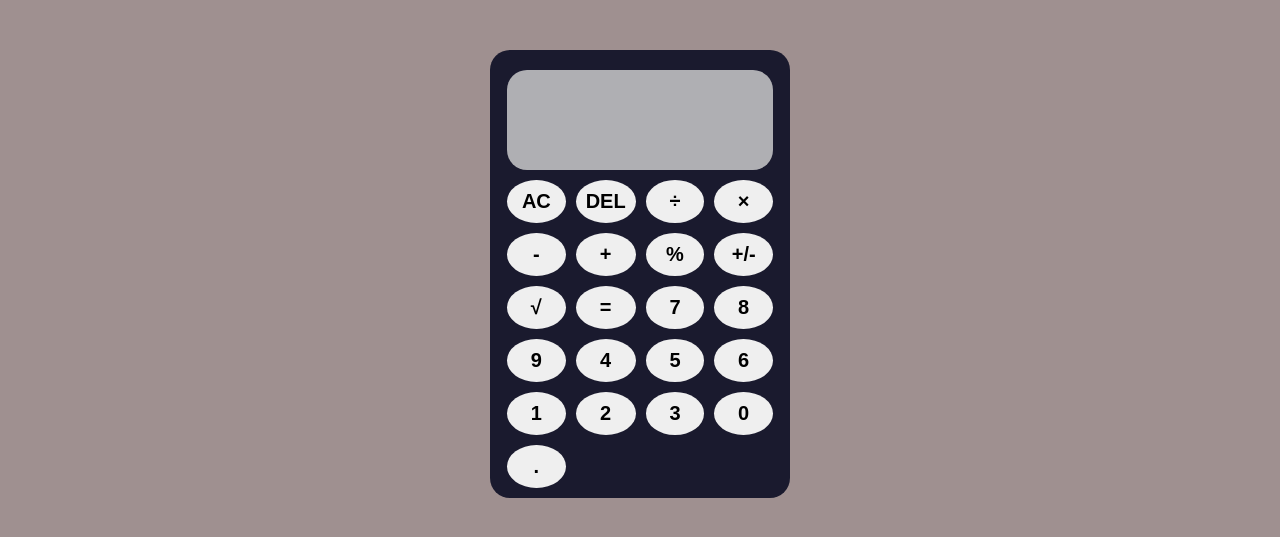
Repository: MikkyPrestige/js-calculator
Page: index.html
The author's editor kept a copy of each file at every save. The page is drawn from the files as they stood at one save, then again after the next save.
The browser window is 1280 px wide. The pictures show the whole page.

Above is the page before, as saved 2023-05-08 01:21:54.

### index.html
<!DOCTYPE html>
<html lang="en">

<head>
  <meta charset="UTF-8">
  <meta http-equiv="X-UA-Compatible" content="IE=edge">
  <meta name="viewport" content="width=device-width, initial-scale=1.0">
  <title>JavaScript Calculator</title>
  <link rel="stylesheet" href="./index.css">
  <!-- <script src="script.js" defer></script> -->
</head>

<body>
  <main>
    <section class="calculator">
      <div class="output">
        <div class="output--curr"></div>
        <div class="output--prev"></div>
      </div>
      <div class="btns">
        <button class="btn clear">AC</button>
        <button class="btn del">DEL</button>
        <button class="btn op divide">÷</button>
        <button class="btn op multiply">×</button>
        <button class="btn op minus">-</button>
        <button class="btn op plus">+</button>
        <button class="btn op mod">%</button>
        <button class="btn op ">+/-</button>
        <button class="btn op square">√</button>
        <button class="btn equalTo">=</button>
        <button class="btn num seven">7</button>
        <button class="btn num eight">8</button>
        <button class="btn num nine">9</button>
        <button class="btn num four">4</button>
        <button class="btn num five">5</button>
        <button class="btn num six">6</button>
        <button class="btn num one">1</button>
        <button class="btn num two">2</button>
        <button class="btn num three">3</button>
        <button class="btn num zero">0</button>
        <button class="btn num dot">.</button>
      </div>
    </section>
  </main>
</body>

</html>

### index.css
*,
*::before,
*::after {
  box-sizing: border-box;
  margin: 0;
  padding: 0;
}

html {
  font-size: 62.5%;
}

body {
  font-family: 'Fira Sans', sans-serif;
  font-size: 1.6rem;
  font-weight: 400;
  line-height: 1.5;
  background: #9F9090;
  min-height: 100%;
  width: 100%;
}

main {
  background: rgba(26, 26, 46, 1);
  width: 100%;
  max-width: 30rem;
  height: 100%;
  margin: 5rem auto;
  padding: 1rem;
  border-radius: 2rem;
  -webkit-border-radius: 2rem;
  -moz-border-radius: 2rem;
  -ms-border-radius: 2rem;
  -o-border-radius: 2rem;
}

.calculator {
  display: flex;
  flex-direction: column;
  justify-content: space-between;
  align-items: center;
  width: 100%;
  height: 100%;
}

.output {
  background: #AFAFB3;
  width: 95%;
  height: 10rem;
  border-radius: 2rem;
  -webkit-border-radius: 2rem;
  -moz-border-radius: 2rem;
  -ms-border-radius: 2rem;
  -o-border-radius: 2rem;
  display: flex;
  flex-direction: column;
  justify-content: space-around;
  align-items: flex-end;
  padding: 1rem;
  margin: 1rem 0;
}

.output--curr {
  font-size: 2.5rem;
  font-weight: 700;
  color: #000;
  border-bottom: 0.2rem solid rgba(0, 0, 0, 0.2);
  padding-bottom: .5rem;
}

.output--prev {
  font-size: 1.5rem;
  font-weight: 400;
  color: rgba(0, 0, 0, 0.5);
}

.btns {
  display: grid;
  grid-template-columns: repeat(4, 1fr);
  grid-gap: 1rem;
  width: 95%;
  height: 100%;
}

.btn {
  border-radius: 50%;
  -webkit-border-radius: 50%;
  -moz-border-radius: 50%;
  -ms-border-radius: 50%;
  -o-border-radius: 50%;
  border: none;
  outline: none;
  font-size: 2rem;
  font-weight: 700;
  padding: 1rem;
  cursor: pointer;
  transition: all 0.2s ease-in-out;
  -webkit-transition: all 0.2s ease-in-out;
  -moz-transition: all 0.2s ease-in-out;
  -ms-transition: all 0.2s ease-in-out;
  -o-transition: all 0.2s ease-in-out;
}

After the next save:
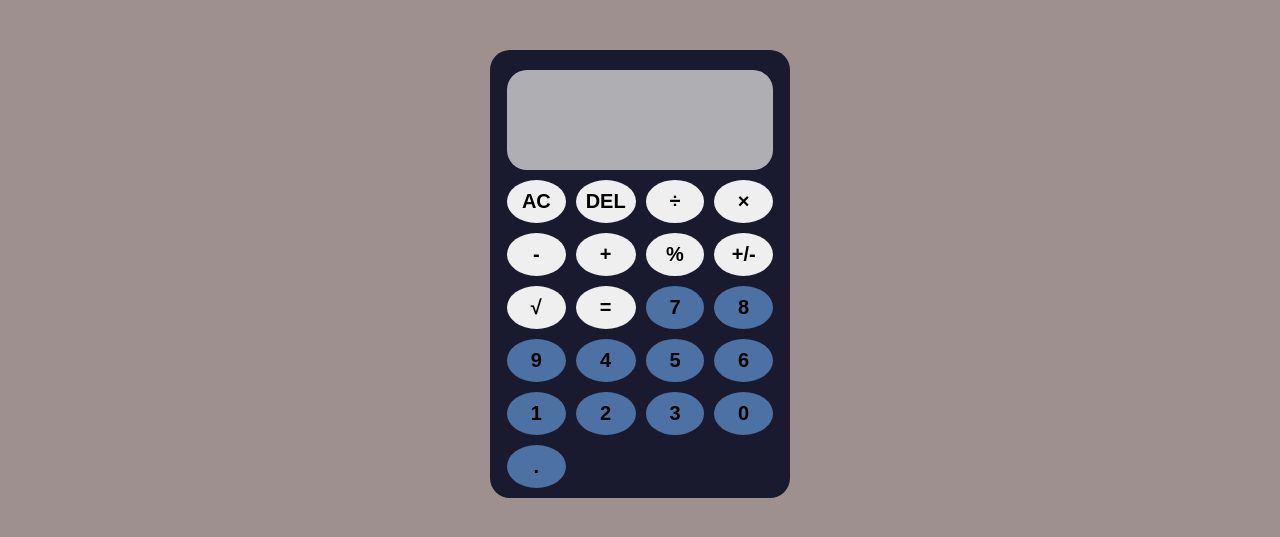
Saved 88 s later.
--- a/index.css
+++ b/index.css
@@ -100,3 +100,8 @@ main {
   -ms-transition: all 0.2s ease-in-out;
   -o-transition: all 0.2s ease-in-out;
 }
+
+.num {
+  background: #4B72A2;;
+  color: #000;
+}
